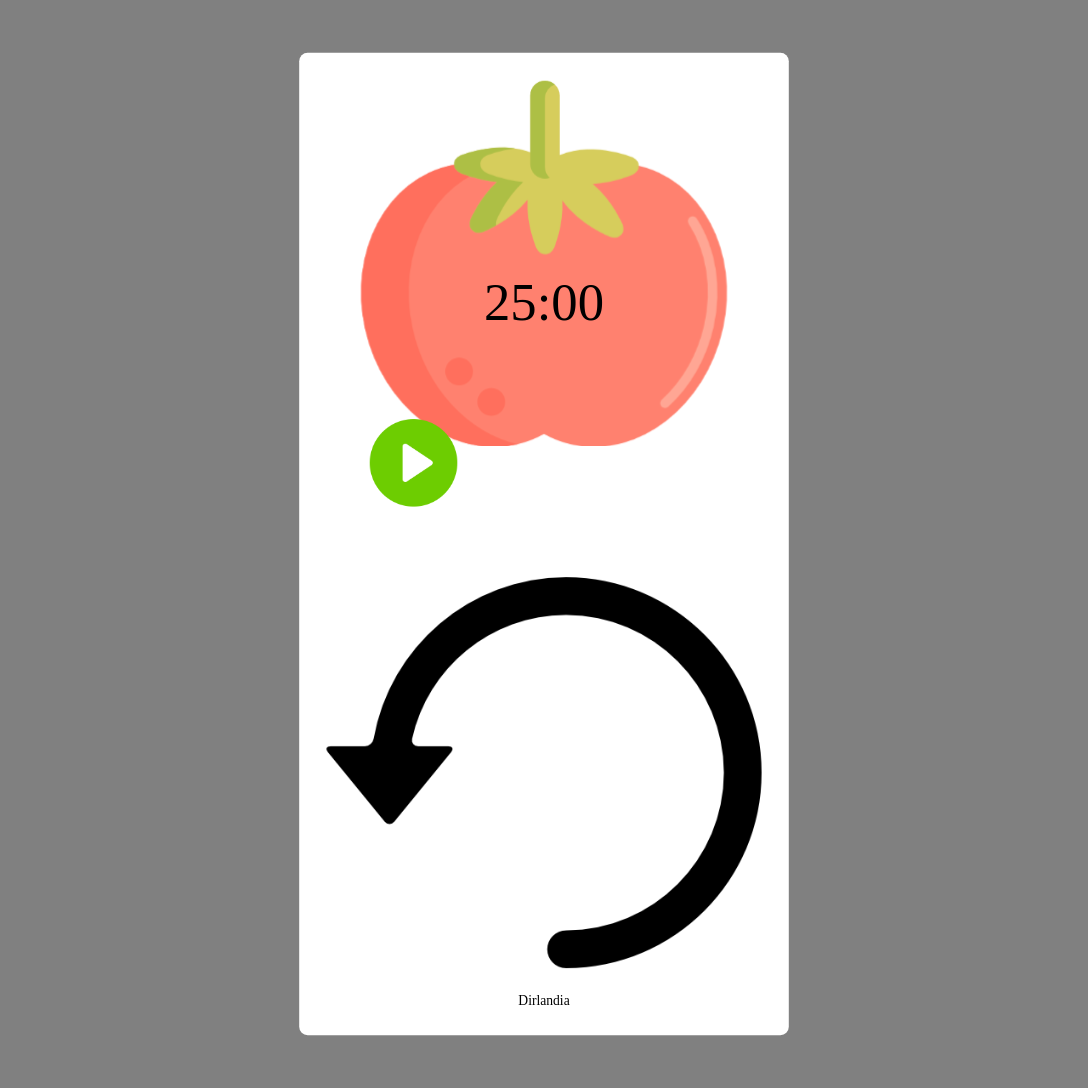
Repository: Dirlandia404/pomodoro
Page: /
An editor plug-in stored every save of this project. The page is shown before and after the next save, followed by the edit.
The browser window is 1280 px wide. The pictures show the whole page, at 85% of full size.
The project was rebuilt for these pictures with package versions that can differ from the ones it lists, and the page was loaded fresh each time.

Above is the page before, as saved 2021-11-24 23:53:38.

After the next save:
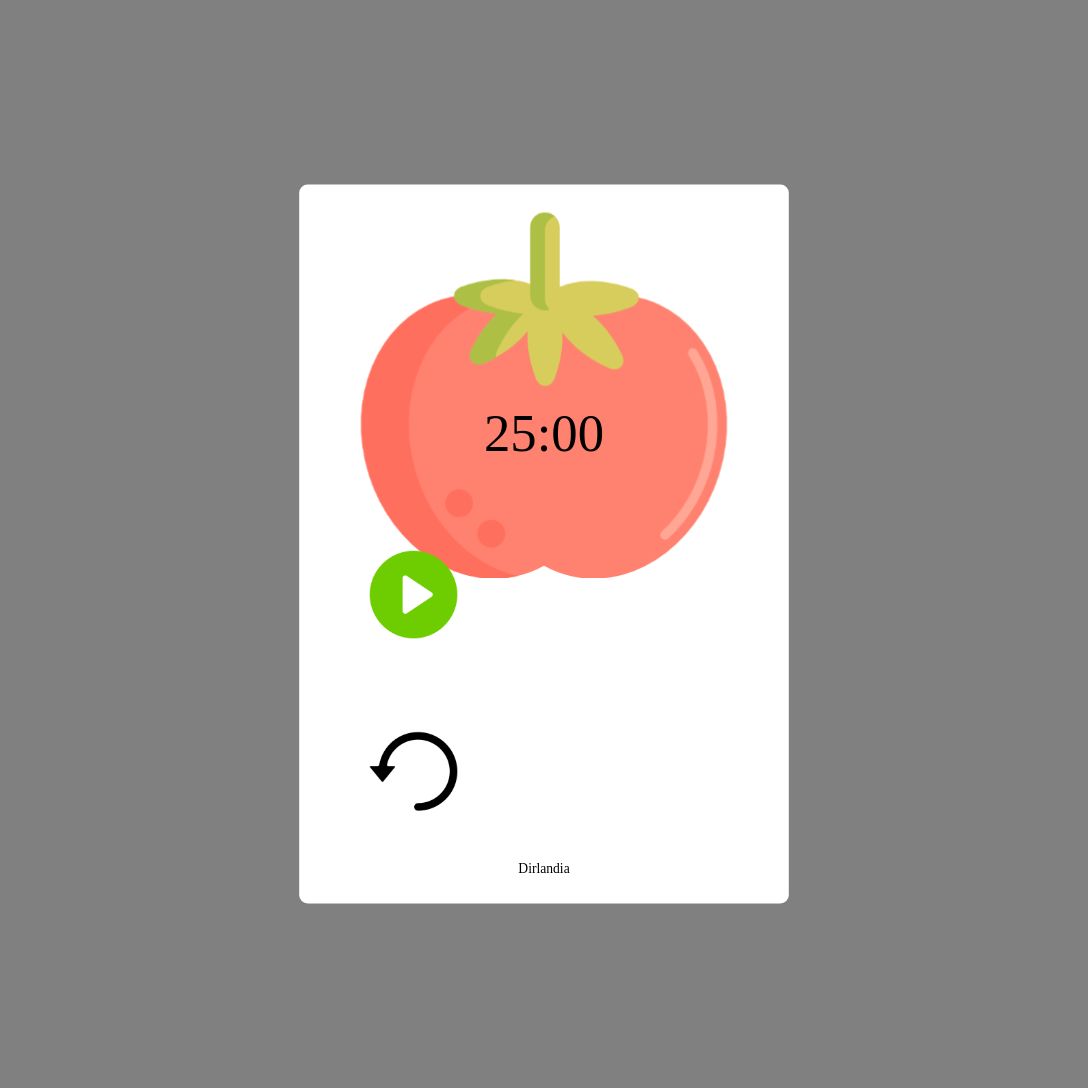
Saved 16 s later.
--- a/src/componentes/componente.css
+++ b/src/componentes/componente.css
@@ -40,10 +40,9 @@ p.time {
 }
 button{
     background: none;
+    padding: 10%;
+    width: 40%;
+}
+button.play{
 
 }
-button.play{
-    padding: 10%;
-    width: 40%;
-    font-size: 24px;
-}
